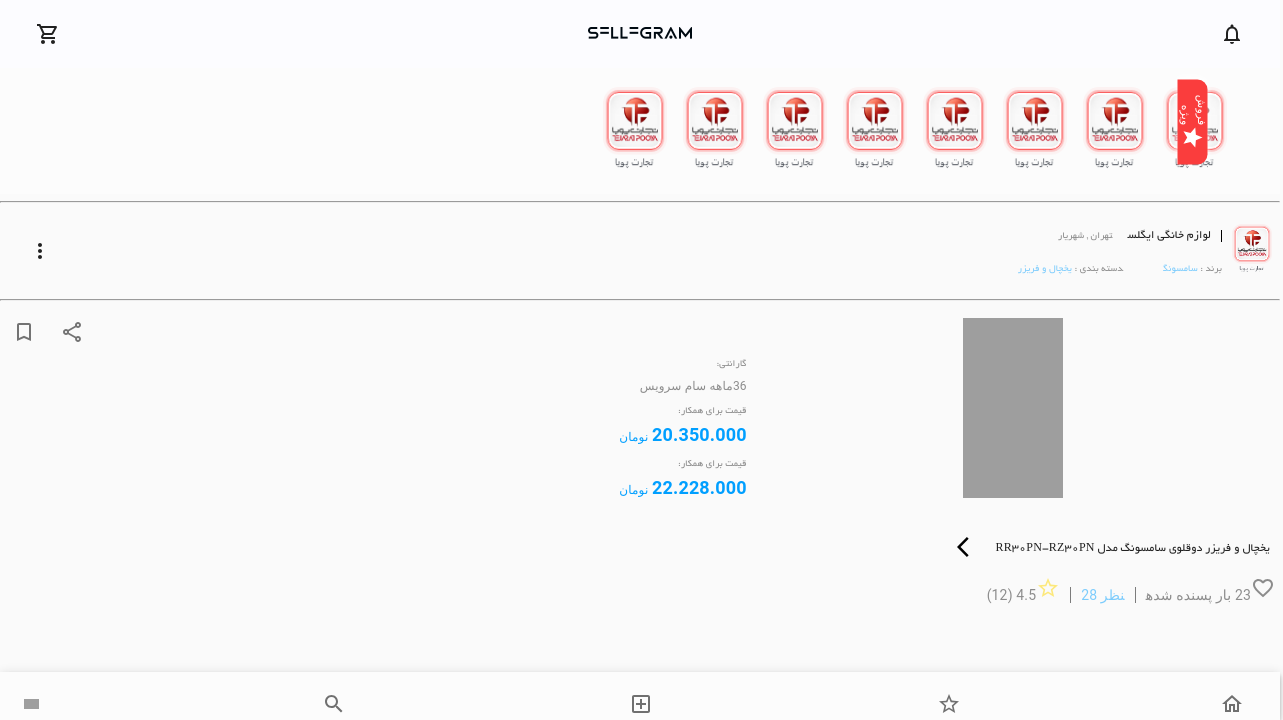
Repository: sadegh1379/selegram
Page: /login-4
An editor plug-in stored every save of this project. The page is shown before and after the next save, followed by the edit.
The browser window is 1280 px wide. The page is 1280 px wide, then 1283 px, so the pictures cover 1283 px, including what lies to the right of the window. The pictures show the whole page.
Pictures or frames that could not be fetched are drawn as grey boxes. The project was rebuilt for these pictures with package versions that can differ from the ones it lists, and the page was loaded fresh each time. Also part of the build but not shown: src/components/login/Login.js, src/components/login/LoginOne.js, src/components/login/LoginThree.js.

Above is the page before, as saved 2020-09-09 14:30:57.

### public/index.html
<!DOCTYPE html>
<html lang="en">
  <head>
    <meta charset="utf-8" />
    <link rel="icon" href="%PUBLIC_URL%/favicon.ico" />
    <meta
      name="viewport"
      content="minimum-scale=1, initial-scale=1, width=device-width"
    />
    <meta name="theme-color" content="#000000" />
    <meta
      name="description"
      content="Web site created using create-react-app"
    />
    <link rel="apple-touch-icon" href="%PUBLIC_URL%/logo192.png" />
    <!--
      manifest.json provides metadata used when your web app is installed on a
      user's mobile device or desktop. See https://developers.google.com/web/fundamentals/web-app-manifest/
    -->
    <link rel="manifest" href="%PUBLIC_URL%/manifest.json" />
    <!--
      Notice the use of %PUBLIC_URL% in the tags above.
      It will be replaced with the URL of the `public` folder during the build.
      Only files inside the `public` folder can be referenced from the HTML.

      Unlike "/favicon.ico" or "favicon.ico", "%PUBLIC_URL%/favicon.ico" will
      work correctly both with client-side routing and a non-root public URL.
      Learn how to configure a non-root public URL by running `npm run build`.
    -->
    <title>React App</title>
  </head>
  <body dir="rtl">
    <noscript>You need to enable JavaScript to run this app.</noscript>
    <div id="root"></div>
    <!--
      This HTML file is a template.
      If you open it directly in the browser, you will see an empty page.

      You can add webfonts, meta tags, or analytics to this file.
      The build step will place the bundled scripts into the <body> tag.

      To begin the development, run `npm start` or `yarn start`.
      To create a production bundle, use `npm run build` or `yarn build`.
    -->
  </body>
</html>

### src/index.js
import React from 'react';
import ReactDOM from 'react-dom';
import App from './App';
import { createMuiTheme, ThemeProvider } from '@material-ui/core/styles';
import RTL from './RTL';
import {BrowserRouter as Router} from 'react-router-dom';
// import '../node_modules/bootstrap/dist/css/bootstrap.css';
import {DataProvider} from './context'

const theme = createMuiTheme({
  direction: 'rtl', // Both here and <body dir="rtl">
});

ReactDOM.render(
      <ThemeProvider theme={theme}>
                      <RTL>
                          <Router>
                              <DataProvider>
                                    <App />
                              </DataProvider>
                          </Router>
                      </RTL>
      </ThemeProvider>
  ,
  document.getElementById('root')
);

### src/App.js
import React from 'react';
import './App.css';
import {Switch , Route} from 'react-router-dom';

import Login from './components/login/Login';
import LoginOne from './components/login/LoginOne';
import LoginThree from './components/login/LoginThree';
import LoginFour from './components/body/LoginFour'

function App() {
  return (
    <div className="App">
      <Switch>
        <Route exact path="/" component={(props)=><Login {...props}/>} />
        <Route exact path="/login-1" component={(props)=><LoginOne {...props}/>} />
        <Route exact path="/login-3" component={(props)=><LoginThree {...props}/>} />
        <Route exact path="/login-4" component={(props)=><LoginFour {...props}/>} />
      </Switch>
    </div>
  );
}

export default App;

### src/RTL.js
import React from 'react'
import { create } from 'jss';
import rtl from 'jss-rtl';
import { StylesProvider, jssPreset } from '@material-ui/core/styles';

// Configure JSS
const jss = create({ plugins: [...jssPreset().plugins, rtl()] });

function RTL(props) {
  return (
    <StylesProvider jss={jss}>
      {props.children}
    </StylesProvider>
  );
}

export default RTL;

### src/context.js
import React , {createContext ,Component}  from 'react';

const context = createContext()

 class DataProvider extends Component {
    constructor(props){
        super(props);

        this.state={
            kala:[{
                name:'sadegh',
                img:'./img/kala.png'
            },
            {
                name:'sadegh',
                img:'./img/kala.png'
            },
            {
                name:'sadegh',
                img:'./img/kala.png'
            },
            {
                name:'sadegh',
                img:'./img/kala.png'
            },
            {
                name:'sadegh',
                img:'./img/kala.png'
            },
            {
                name:'sadegh',
                img:'./img/kala.png'
            },
            {
                name:'sadegh',
                img:'./img/kala.png'
            },
            {
                name:'sadegh',
                img:'./img/kala.png'
            }
        ],
        select:'./img/ice.png'
        }
    }
    render() {
        return (
            <context.Provider value={{
                    ...this.state
            }}>
                {this.props.children}
            </context.Provider>
        )
    }
}

const DataConsumer = context.Consumer;

export { DataProvider , DataConsumer , context};

### src/App.css
@font-face {
    font-family: BYekan;
    src: url('./font/BYekan.ttf') , url('./font/BYekan.eot') , url('./font/BYekan.woff');
  }

html , body , #root{
    margin: 0px ;
    padding:0px;
}
.font-yekan{
    font-family: BYekan !important;
  }
label{
    color:#034DA2 !important;
    font-size: 14px;

    font-weight: small !important;

    margin-right: 10px;
    font-family: BYekan !important;
}

.color-text{
  color:#404D66
}

.no-scroll::-webkit-scrollbar{
  display: none;

}
.no-scroll{
  -ms-overflow-style: none ;
  scrollbar-width: none;
}

.lighblue{
  color:#009FFF;
}
.font-10-px{
  font-size: 10px;
}
.font-12-px{
  font-size: 12px;
}
.text-right{
  text-align: right;
}
.text-left{
  text-align: left;
}

.opacity{
  opacity: 0.5;

}

.money-color{
  color:#009FFF;
  font-size:18px;
  font-weight: bolder  ;
}

.toman-blue{
  font-size: 12px;
  color:#009FFF ;

}

### src/components/body/LoginFour.js
import React , {useContext} from 'react';
import Navbar from '../static/Navbar';
import Button from '@material-ui/core/Button';
import Grid from '@material-ui/core/Grid'
import {context} from '../../context';
import useStyles from './styles';
import StarIcon from '@material-ui/icons/Star';
import Menu from '@material-ui/core/Menu';
import MenuItem from '@material-ui/core/MenuItem';
import MoreVertIcon from '@material-ui/icons/MoreVert';
import BookmarkBorderIcon from '@material-ui/icons/BookmarkBorder';
import ShareOutlinedIcon from '@material-ui/icons/ShareOutlined';
import { IconButton } from '@material-ui/core';
import ArrowBackIosIcon from '@material-ui/icons/ArrowBackIos';
import FavoriteBorderOutlinedIcon from '@material-ui/icons/FavoriteBorderOutlined';
import BottomAppBar from '../static/BottomAppBar';
import StarBorderIcon from '@material-ui/icons/StarBorder';



function LoginFour() {
    const classes = useStyles();
    const [anchorEl, setAnchorEl] = React.useState(null);
    const [opinion , setOpinion] = React.useState('لطفا نظر خود را بنویسید ...');

    const data = useContext(context);
    console.log(data);

    // fordropdown---------

    const handleClick = (event) => {
        setAnchorEl(event.currentTarget);
      };

      const handleClose = () => {
        setAnchorEl(null);
      };

      //-------------------

    return (
        <React.Fragment>
            <Navbar/>

            <Grid className={classes.carouselContainer}>
                <ul className="no-scroll" style={{display:'flex' , overflow:'scroll' , listStyle:'none' }}>
                    <span className={classes.ulf}>
                        <StarIcon/>
                            فروش ویژه
                    </span>
                    {data.kala.map((item , i)=>{
                        return(
                            <li style={{margin:'0px 8px' }} key={i}>
                                <img style={{width:'64px' , height:'83px'}}  src={item.img} alt=""/>


                            </li>
                        )
                    })
                    }
                </ul>
            </Grid><hr/>

            {/* information component */}

            <Grid className={classes.informationGrid}>
                <Grid item ><img alt="img" style={{width:'40px'}} src={data.kala[2].img}/></Grid>
                <Grid item  className={classes.informationText}>
                    <span className="font-yekan font-12-px" style={{borderRight:'1px solid black' , paddingRight:'10px' }}>لوازم خانگی  ایگلس</span>
                    <span className="font-yekan  font-10-px" style={{marginRight:'15px' , opacity:'0.5'}}>تهران , شهریار</span><br/>
                    <span className="font-yekan font-10-px" style={{opacity:'0.5'}}>برند  :  <span className="lighblue">سامسونگ</span></span>
                    <span className="font-yekan font-10-px" style={{opacity:'0.5', marginRight:'40px'}}>دسته بندی  : <span className="lighblue">یخچال و فریزر</span></span>
                </Grid>
                <Grid item>
                    <div>
                        <Button aria-controls="simple-menu" aria-haspopup="true" onClick={handleClick}>
                            <MoreVertIcon/>
                        </Button>
                        <Menu
                            id="simple-menu"
                            anchorEl={anchorEl}
                            keepMounted
                            open={Boolean(anchorEl)}
                            onClose={handleClose}
                        >
                            <MenuItem onClick={handleClose}>Profile</MenuItem>
                            <MenuItem onClick={handleClose}>My account</MenuItem>
                            <MenuItem onClick={handleClose}>Logout</MenuItem>
                        </Menu>
                     </div>
                </Grid>
            </Grid><hr/>
            {/* body */}
            <Grid className={classes.body}>
                <Grid className={classes.bodyImg} item md={5} sm={5} xs={5}>
                    <img style={{width:'100px' , height:'180px' ,imageResolution:'from-image'}} src={data.select} alt=""/>
                </Grid>
                <Grid item md={7} sm={7} xs={7}>
                    <div  className="text-left">
                        <IconButton>
                             <ShareOutlinedIcon/>
                        </IconButton>
                        <IconButton>
                              <BookmarkBorderIcon/>
                        </IconButton>

                    </div>
                    <div  style={{lineHeight:'10px'}}>
                            <span className="font-10-px opacity font-yekan">گارانتی:</span><p className="font-12-px opacity">36ماهه سام سرویس</p>
                            <span className="font-10-px opacity font-yekan">قیمت برای همکار:</span><p ><span className="money-color">20.350.000</span> <span className="toman-blue">نومان</span> </p>
                            <span className="font-10-px opacity font-yekan">قیمت برای همکار:</span><p ><span className="money-color">22.228.000</span> <span className="toman-blue">نومان</span> </p>

                    </div>

                </Grid>
            </Grid>
            <Grid className={classes.getArrow}>
                <span className="font-12-px font-yekan"> یخچال و فریزر دوقلوی سامسونگ مدل RR30PN-RZ30PN </span>
                <IconButton >
                        <ArrowBackIosIcon className={classes.color_black}/>
                </IconButton>
            </Grid>
            {/* liked */}
            <Grid className={classes.liked}>
                        <FavoriteBorderOutlinedIcon/>
                         <span>23 بار پسنده شده</span>
                        <span style={{borderLeft:'1px solid black' , margin:'0 10px'}}></span>
                        <span className="lighblue lightblue">نظر 28</span>
                        <span style={{borderLeft:'1px solid black' , margin:'0 10px'}}></span>
                        <StarBorderIcon className={classes.goldstar}/>
                        <span>4.5 (12)</span>

            </Grid>
            {/* Opinion */}
            {/* <Grid>
            <form style={{width:'100%' , margin:'10px'}}  autoComplete="off">
                <textarea style={{border:'0px'}} onChange={(e)=>setOpinion(e.target.value)} value={opinion} className="font-yekan opacity"  id="" cols="30" rows="2"></textarea>

            </form>
            </Grid> */}



            {/* bottom app bar */}
            <BottomAppBar img={data.select}/>
        </React.Fragment>
    )
}

export default LoginFour

### src/components/static/Navbar.js
import React from 'react';
import Grid from '@material-ui/core/Grid';
import useStyles from './styles';
import ShoppingCartOutlinedIcon from '@material-ui/icons/ShoppingCartOutlined';
import NotificationsOutlinedIcon from '@material-ui/icons/NotificationsOutlined';
import Button from '@material-ui/core/Button';
import logo from './img/navlogo.png'

function Navbar() {
    const classes = useStyles();
    return (
      <Grid  className={classes.navContainer}>
          <Grid>
              <Button>
                <NotificationsOutlinedIcon/>
              </Button>
          </Grid>
          <Grid className={classes.navlogo}>
              <img style={{width:'50%'}} src={logo} alt="selegram"/>
          </Grid>
          <Grid>
                <Button>
                <ShoppingCartOutlinedIcon/>
                </Button>
          </Grid>
      </Grid>
    )
}

export default Navbar

### src/components/body/styles.js
import { makeStyles } from '@material-ui/core/styles';

const useStyles = makeStyles((theme) => ({
    carouselContainer:{
        backgroundColor:'#FCFCFC',
        padding:'5px'
    },
    ulf:{
        backgroundColor:'#FA3D3D',
        position:'absolute',
        left:'-2zz0px',
        marginTop:'20px',
        padding:'15px',
        // marginLeft:'0px',
        width:'85px',
        height:'10px',
        transform:'rotateZ(-270deg)',
        display:'flex',
        alignItems:'center',
        justifyContent:'space-between',
        fontSize:'11px',
        color:'#FFFFFF',
        borderRadius:'10px 10px 0 0',
        boxShadow:'-3px 0px 6px'
    },
    informationGrid:{
            display:'flex',
            justifyContent:'space-between',
            padding:'8px',
            alignItems:'center'
    },
    informationText :{
        lineHeight:'30px',
        width:'100%',
        margin:'0 10px',
        padding:'0px'
    },
    body:{
        // backgroundColor:'gold',
        display:'flex'
    },
    bodyImg:{
        width:'100%',
        overflow:'hidden',
        padding:'10px',
        textAlign:'center'
    },
    getArrow:{
        padding:'10px'
    },
    color_black : {
        color:'black'
      },
    liked:{

        display:'felx'
        ,alignItems:'center',
        padding:'5px',
        marginTop:'-10px',
        opacity:'0.5'
    },
    goldstar:{
        color:'gold',

    },

}))


export default useStyles;

### src/components/static/BottomAppBar.js
import React from 'react';
import { makeStyles } from '@material-ui/core/styles';
import AppBar from '@material-ui/core/AppBar';
import CssBaseline from '@material-ui/core/CssBaseline';
import Toolbar from '@material-ui/core/Toolbar';
import IconButton from '@material-ui/core/IconButton';
import AddBoxOutlinedIcon from '@material-ui/icons/AddBoxOutlined';
import SearchIcon from '@material-ui/icons/Search';
import StarBorderOutlinedIcon from '@material-ui/icons/StarBorderOutlined';
import HomeOutlinedIcon from '@material-ui/icons/HomeOutlined';

const useStyles = makeStyles((theme) => ({




  appBar: {
    top: 'auto',
    bottom: 0,
    height:'48px',
    backgroundColor:'#FCFCFC'
  },
  grow: {
    flexGrow: 1,
  },

  toolBar:{
    display:'flex',
    justifyContent:'space-between',
    alignItems:'center'
  },
  icons:{

    color:'#707070'
  }
}));

export default function BottomAppBar(props) {
  const classes = useStyles();

  return (
    <React.Fragment>
      <CssBaseline />

      <AppBar position="fixed" color="default" className={classes.appBar}>
        <Toolbar className={classes.toolBar}>
          <IconButton edge="start" color="inherit" aria-label="open drawer">
            <HomeOutlinedIcon className={classes.icons} />
          </IconButton>
          <IconButton edge="end" color="inherit">
            <StarBorderOutlinedIcon className={classes.icons}/>
          </IconButton>
          <IconButton color="inherit">
            <AddBoxOutlinedIcon className={classes.icons}/>
          </IconButton>
          <IconButton color="inherit">
            <SearchIcon className={classes.icons}/>
          </IconButton>
          <IconButton edge="start" color="inherit" aria-label="open drawer">
            <img style={{width:'14.6px'}} src={props.img} alt=""/>
          </IconButton>
        </Toolbar>
      </AppBar>
    </React.Fragment>
  );
}

### src/components/static/styles.js
import { makeStyles } from '@material-ui/core/styles';

const useStyles = makeStyles((theme) => ({
    navContainer:{
        display:'flex',
        justifyContent:'space-between',
        backgroundColor:'#FCFCFF',
        padding:'16px',
        opacity:'100%',
        alignItems:'center'
    },
    navlogo:{
        textAlign:'center'
    }
}))


export default useStyles;

After the next save:
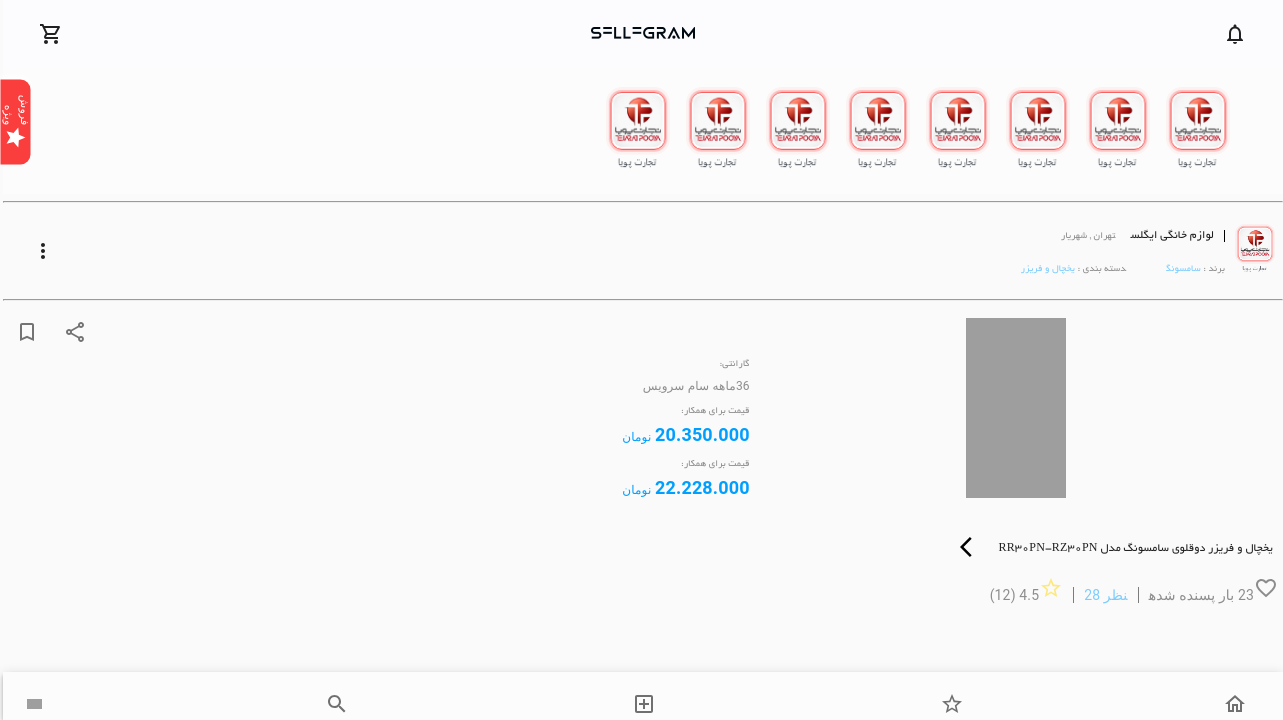
Saved 4 s later.
--- a/src/components/body/styles.js
+++ b/src/components/body/styles.js
@@ -8,7 +8,7 @@
     ulf:{
         backgroundColor:'#FA3D3D',
         position:'absolute',
-        left:'-2zz0px',
+        left:'-30px',
         marginTop:'20px',
         padding:'15px',
         // marginLeft:'0px',
